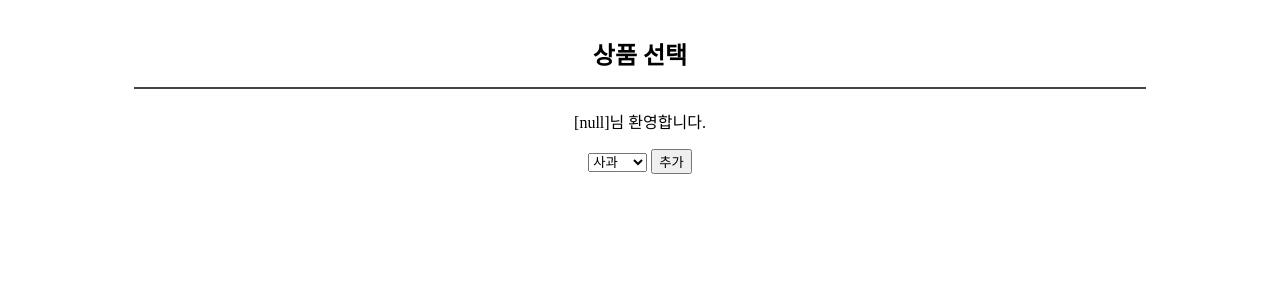
Repository: taiseidesu97/space_jspworks
Page: http://localhost/jweb0/cart/selProduct.jsp
An editor plug-in stored every save of this project. The page is shown before and after the next save, followed by the edit.
The browser window is 1280 px wide. The pictures show the whole page.
The page is served by Tomcat 10. Other server files are loaded and not shown.

Above is the page before, as saved 2025-10-13 03:39:10.

### jweb0/src/main/webapp/cart/selProduct.jsp
<%@ page language="java" contentType="text/html; charset=UTF-8"
    pageEncoding="UTF-8"%>
<!DOCTYPE html>
<html>
<head>
<meta charset="UTF-8">
<title>로그인 폼</title>
<style>
	#container{width: 80%; margin: 0 auto; text-align: center;}
	h2{border-bottom: 2px solid #444; padding: 16px}
</style>
</head>
<%
//입력된 이름 받아오기
String name = request.getParameter("username");
//out.println(name);
//세션 발급
session.setAttribute("sessionName", name);
%>
<body>
<section id="container">
<h2>상품 선택</h2>
<p>[<%=session.getAttribute("sessionName") %>]</b>님 환영합니다.</p>
<form action="addProduct.jsp" method="post">
<select name = "product">
<option value="사과">사과</option>
<option value="바나나">바나나</option>
<option value="포도">포도</option>
</select>
<button type="submit">추가</button>
</form>
</section>

</body>
</html>

After the next save:
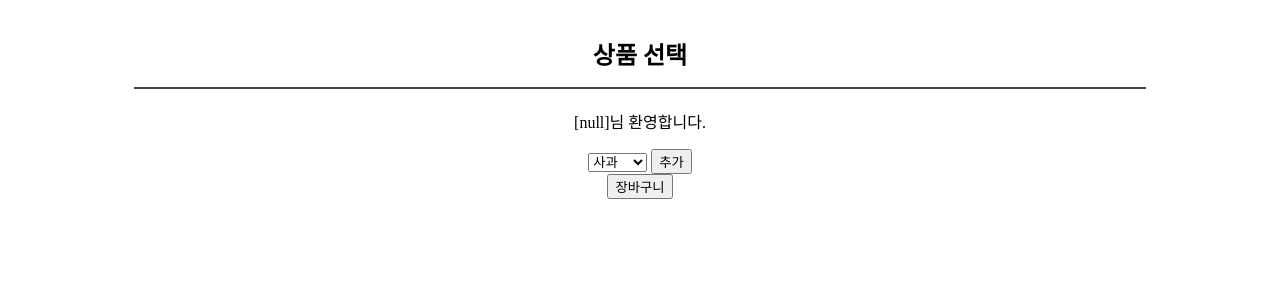
Saved 112 s later.
--- a/jweb0/src/main/webapp/cart/selProduct.jsp
+++ b/jweb0/src/main/webapp/cart/selProduct.jsp
@@ -29,6 +29,7 @@ session.setAttribute("sessionName", name);
 </select>
 <button type="submit">추가</button>
 </form>
+<button onclick="location.href='cart.jsp'">장바구니</button>
 </section>
 
 </body>
